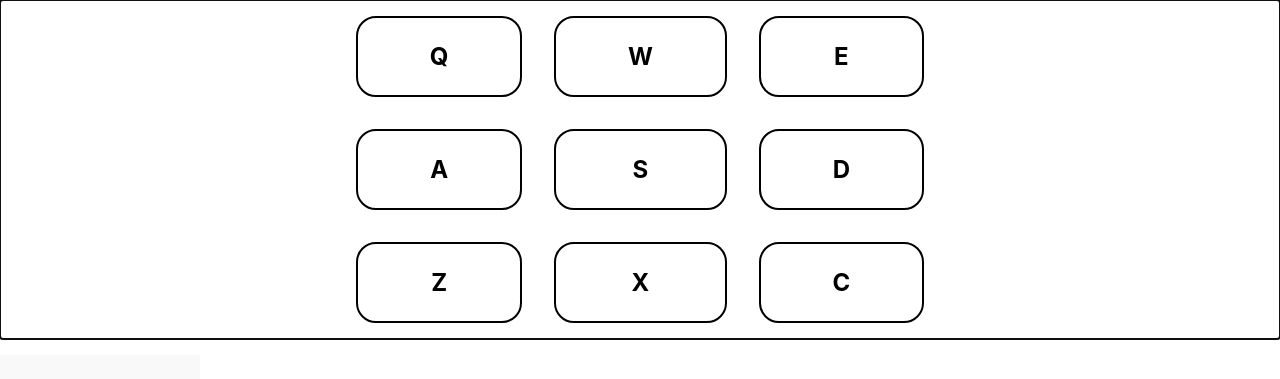
Repository: milac0/drum-machine
Page: /
An editor plug-in stored every save of this project. The page is shown before and after the next save, followed by the edit.
The browser window is 1280 px wide. The pictures show the whole page.
The project was rebuilt for these pictures with package versions that can differ from the ones it lists, and the page was loaded fresh each time.

Above is the page before, as saved 2019-10-25 17:43:29.

After the next save:
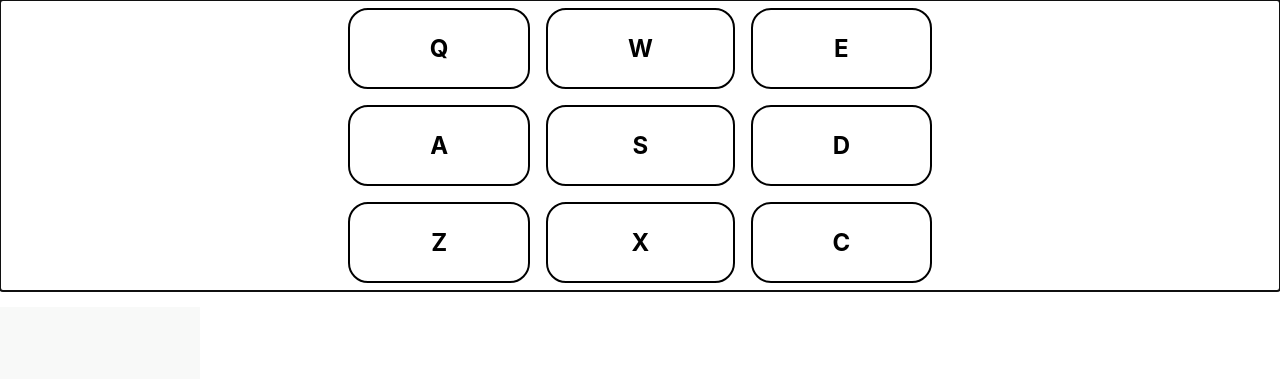
Saved 18 s later.
--- a/src/App.css
+++ b/src/App.css
@@ -7,7 +7,7 @@
 
 .drum-pad {
   height: auto;
-  margin: 1em;
+  margin: 0.5em;
   border: 2px solid black;
   border-radius: 20px;
   text-align: center;
